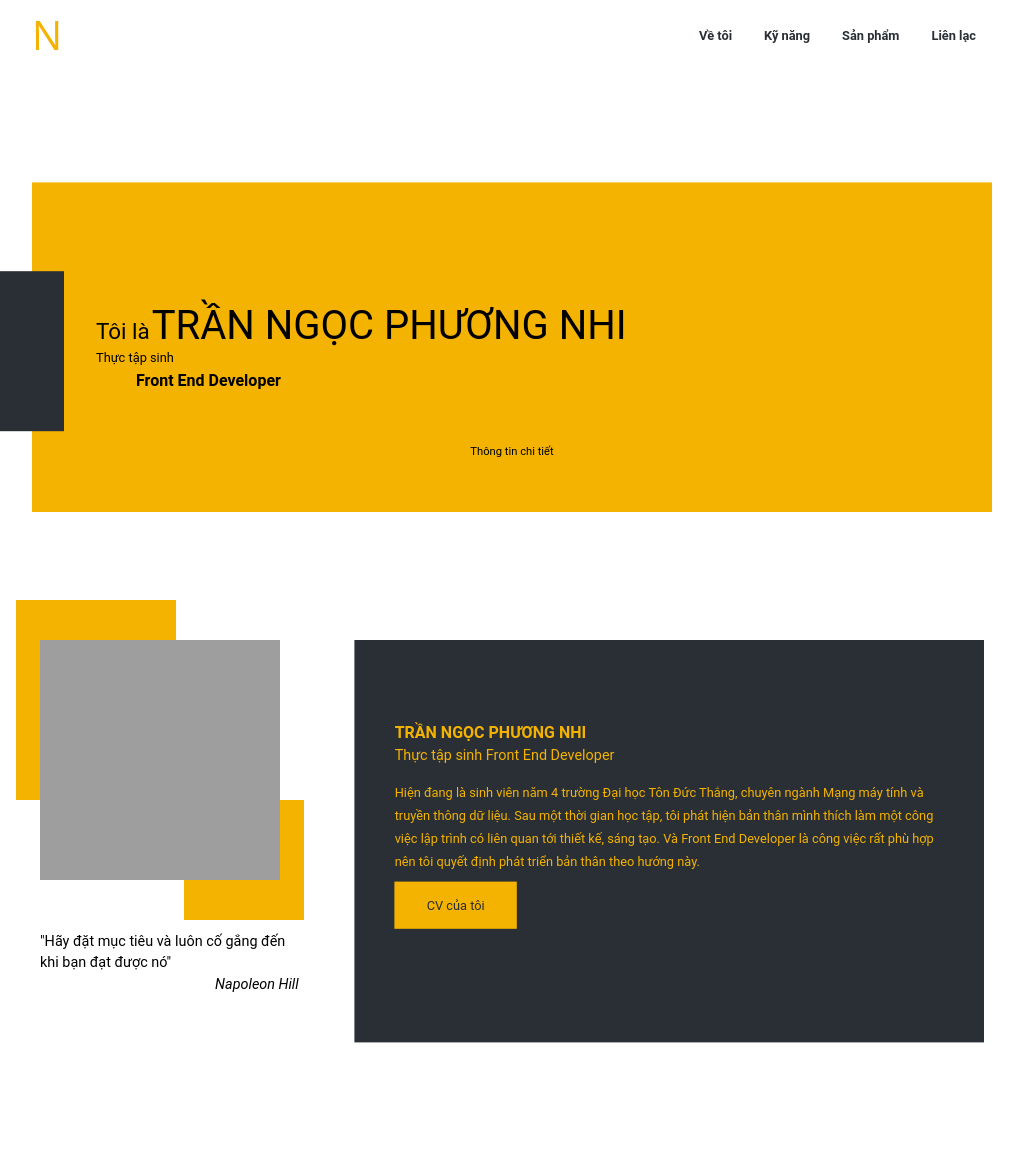
Repository: TranNgocPhuongNhi/my-portfolio
Page: index.html
The author's editor kept a copy of each file at every save. The page is drawn from the files as they stood at one save, then again after the next save.
The browser window is 1280 px wide. The pictures show the whole page, at 80% of full size.
Pictures or frames that could not be fetched are drawn as grey boxes. Some icons come from a web library that is not loaded, so they are not drawn. Some web libraries are served in a nearby version.

Above is the page before, as saved 2021-07-04 16:30:30.

### index.html
<!DOCTYPE html>
<html lang="en">
<head>
    <meta charset="UTF-8">
    <meta http-equiv="X-UA-Compatible" content="IE=edge">
    <meta name="viewport" content="width=device-width, initial-scale=1.0">
    <title>My Portfolio</title>
    <link rel="stylesheet" href="https://pro.fontawesome.com/releases/v5.10.0/css/all.css" integrity="sha384-AYmEC3Yw5cVb3ZcuHtOA93w35dYTsvhLPVnYs9eStHfGJvOvKxVfELGroGkvsg+p" crossorigin="anonymous"/>
    <link rel="stylesheet" href="resources/css/main.css">
    <link rel="stylesheet" href="resources/css/responsive.css">
    <link rel="shortcut icon" href="favicon.ico">
</head>
<body>
    <header id="header">
        <nav class="header__nav">
            <div class="container">
                <div class="header__nav-content">
                    <!-- <img src="" alt="logo"> -->
                    <a href="#index.html" class="header__nav-logo">N</a>
                    <ul class="header__nav-list">
                        <li class="nav-item"><a href="#about">Về tôi</a></li>
                        <li class="nav-item"><a href="#skills">Kỹ năng</a></li>
                        <li class="nav-item"><a href="#products">Sản phẩm</a></li>
                        <li class="nav-item"><a href="#contact">Liên lạc</a></li>
                    </ul>
                </div>
            </div>
        </nav>
        <div class="container">
            <div class="header__info">
                <div class="header__info-content">
                    <div class="header__info-name">
                        <span>Tôi là</span>
                        <span class="header__info-fullname">trần ngọc phương nhi</span>
                    </div>
                    <div class="header__info-specialize">
                        <p>Thực tập sinh</p>
                        <p>Front End Developer</p>
                    </div>
                </div>
                <div class="header__info-more">
                    <p>Thông tin chi tiết</p>
                    <div class="header__info-down">
                        <a href="#about">
                            <i class="fal fa-chevron-double-down"></i>
                        </a>
                    </div>
                </div>
            </div>
        </div>

    </header>

    <!-- About me -->
    <section id="about">
        <div class="container">
            <div class="row">
                <div class="col-1-3 about__avatar">
                    <img src="https://media-cdn.laodong.vn/Storage/NewsPortal/2021/2/13/880159/Vuong-Bat-Bac-9.png" alt="my avatar" />
                    <div class="about__quote">
                        <p>"Hãy đặt mục tiêu và luôn cố gắng đến khi bạn đạt được nó"</p>
                        <p>Napoleon Hill</p>
                    </div>
                </div>
                <div class="col-3-1 about__content">
                    <div class="about__info">
                        <p>trần ngọc phương nhi</p>
                        <p>Thực tập sinh Front End Developer</p>
                    </div>
                    <p class="about__text">
                        Hiện đang là sinh viên năm 4 trường Đại học  Tôn Đức Thắng,
                        chuyên ngành Mạng máy tính và truyền thông dữ liệu. Sau một
                        thời gian học tập, tôi phát hiện bản thân mình thích làm một
                        công việc lập trình có liên quan tới thiết kế, sáng tạo. Và Front
                        End Developer là công việc rất phù hợp nên tôi quyết định phát
                        triển bản thân theo hướng này.
                    </p>
                    <a href="#" class="about__CV">CV của tôi</a>
                </div>
            </div>
        </div>
    </section>

</body>
</html>

### resources/css/main.css
:root {
    --primary1: #F4B301;
    --primary2: #2A2F35;
    --secondary: #F7F7F7;
    --white: #fff;
    --footer: #3B4046;
}

html {
    font-size: 62.5%;
    font-family: "Roboto", "Helvetica Neue", sans-serif;
    scroll-behavior: smooth;
}

* {
    padding: 0;
    margin: 0;
    box-sizing: border-box;
}

ul, li {
    list-style: none;
}

a {
    text-decoration: none;
}

.container {
    width: 120rem;
    max-width: 100%;
    margin: 0 auto;
}

.row {
    display: flex;
    position: relative;
}

.col-1-3 {
    width: calc(100% / 3);
}

.col-3-1 {
    width: calc(100% * 2 / 3);
}

/* ========================================= HEADER ============================= */
#header {
    height: 100vh;
    position: relative;
}

/* Scroll nav */
.nav-scroll {
    background-color: var(--white);
    box-shadow: 0 0.3rem 1.5rem rgba(0, 0, 0, 0.2);
}

.header__nav {
    padding: 1rem 0;
}

.header__nav-content {
    display: flex;
    justify-content: space-between;
    align-items: center;
}

.header__nav-logo {
    font-size: 5rem;
    font-family: 'Open Sans';
    color: var(--primary1);
}

.header__nav-list {
    display: flex;
}

.nav-item {
    padding: 0 2rem;
}

.nav-item a{
    font-size: 1.6rem;
    font-weight: 600;
    color: var(--primary2);
}

.nav-item a:hover {
    border-bottom: 0.3rem solid var(--primary1);
    animation: toRight 0.4s ease;
}

.header__info {
    background-color: var(--primary1);
    padding: 15rem 8rem;
    position: relative;
    top: 14rem;
}

.header__info::before {
    content: '';
    display: block;
    width: 8rem;
    height: 20rem;
    background-color: var(--primary2);
    position: absolute;
    top: 27%;
    left: -4rem;
}

.header__info-name span:first-child{
    font-size: 2.8rem;
}

.header__info-fullname {
    font-size: 5rem;
    text-transform: uppercase;
}

.header__info-specialize {
    line-height: 1.5;
}

.header__info-specialize p:first-child {
    font-size: 1.6rem;
}

.header__info-specialize p:last-child {
    font-size: 2rem;
    font-weight: bold;
    margin-left: 5rem;
}

.header__info-more {
    text-align: center;
    font-size: 1.4rem;
    line-height: 2;
    position: absolute;
    top: 85%;
    left: 50%;
    transform: translate(-50%, -50%);
}

.header__info-down:hover {
    width: 5rem;
    height: 5rem;
    line-height: 3.5;
    border-radius: 50%;
    border: 2px solid var(--white);
    margin: 0 auto;
    cursor: pointer;
}

.fa-chevron-double-down {
    color: var(--white);
}

/* =========================================== ABOUT ME ====================================== */
#about {
    height: 100vh;
    margin: 0 5rem;
}

.about__avatar,
.about__content {
    margin: 8rem 0;
}

.about__avatar img {
    width: 30rem;
    height: 30rem;
}

.about__avatar::before {
    content: '';
    display: block;
    width: 20rem;
    height: 25rem;
    background-color: var(--primary1);
    position: absolute;
    top: 3rem;
    left: -3rem;
    z-index: -1;
}

.about__avatar::after {
    content: '';
    display: block;
    width: 15rem;
    height: 15rem;
    background-color: var(--primary1);
    position: absolute;
    top: 28rem;
    left: 18rem;
    z-index: -1;
}

.about__quote {
    font-size: 1.8rem;
    margin: 6rem 7rem 6rem 0;
    line-height: 1.5;
}

.about__quote p:last-child {
    text-align: right;
    font-style: italic;
}

.about__content {
    background-color: var(--primary2);
    padding: 10rem 5rem;
}

.about__info {
    font-size: 1.8rem;
    color: var(--primary1);
    line-height: 1.5;
    margin-bottom: 2rem;
}

.about__info p:first-child {
    font-size: 2rem;
    text-transform: uppercase;
    font-weight: bold;
}

.about__text {
    color: var(--primary1);
    font-size: 1.6rem;
    line-height: 1.8;
    margin-bottom: 3rem;
}

.about__CV {
    color: var(--primary2);
    font-size: 1.6rem;
    background-color: var(--primary1);
    padding: 2rem 4rem;
}

/* =========================================== MY SKILLS ====================================== */



/* =========================================== MY PRODUCTS ====================================== */



/* =========================================== CONTACT ME ====================================== */



/* =========================================== ANIMATION ====================================== */
@keyframes toRight {
    0% {
        /* opacity: 0; */
        transform: translateX(-100%);
    }
    100% {
        /* opacity: 1; */
        transform: translateX(0%);
    }
}

### resources/css/responsive.css

/* Large devices (desktops, less than 1200px) */
@media (max-width: 1199.98px) {

}

/* Medium devices (tablets, less than 992px) */
@media (max-width: 991.98px) {

}

/* Small devices (landscape phones, less than 768px) */
@media (max-width: 767.98px) {

}

/* Extra small devices (portrait phones, less than 576px) */
@media (max-width: 575.98px) {

}

After the next save:
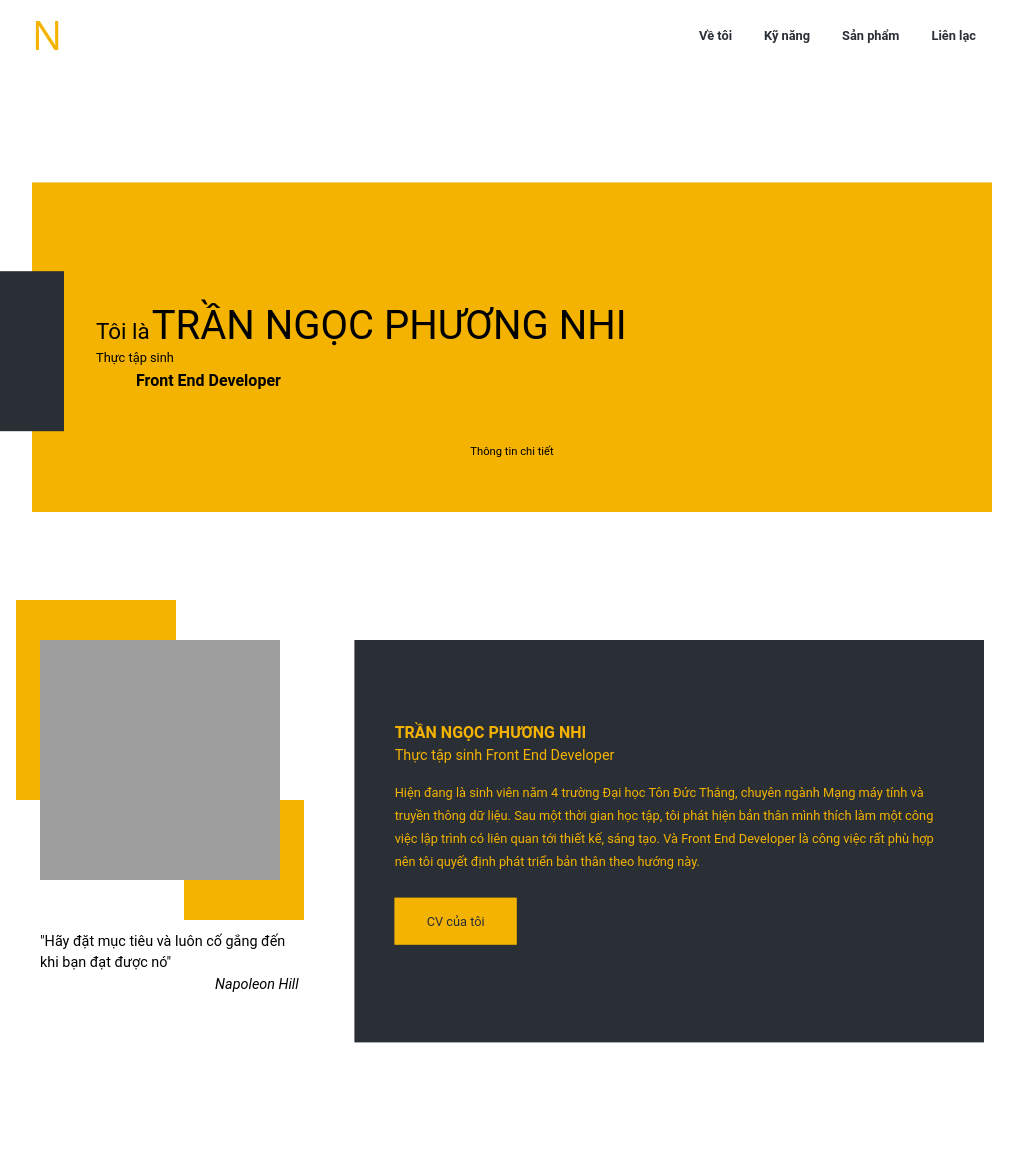
Saved 6 s later.
--- a/resources/css/main.css
+++ b/resources/css/main.css
@@ -230,7 +230,7 @@ a {
     color: var(--primary1);
     font-size: 1.6rem;
     line-height: 1.8;
-    margin-bottom: 3rem;
+    margin-bottom: 5rem;
 }
 
 .about__CV {
